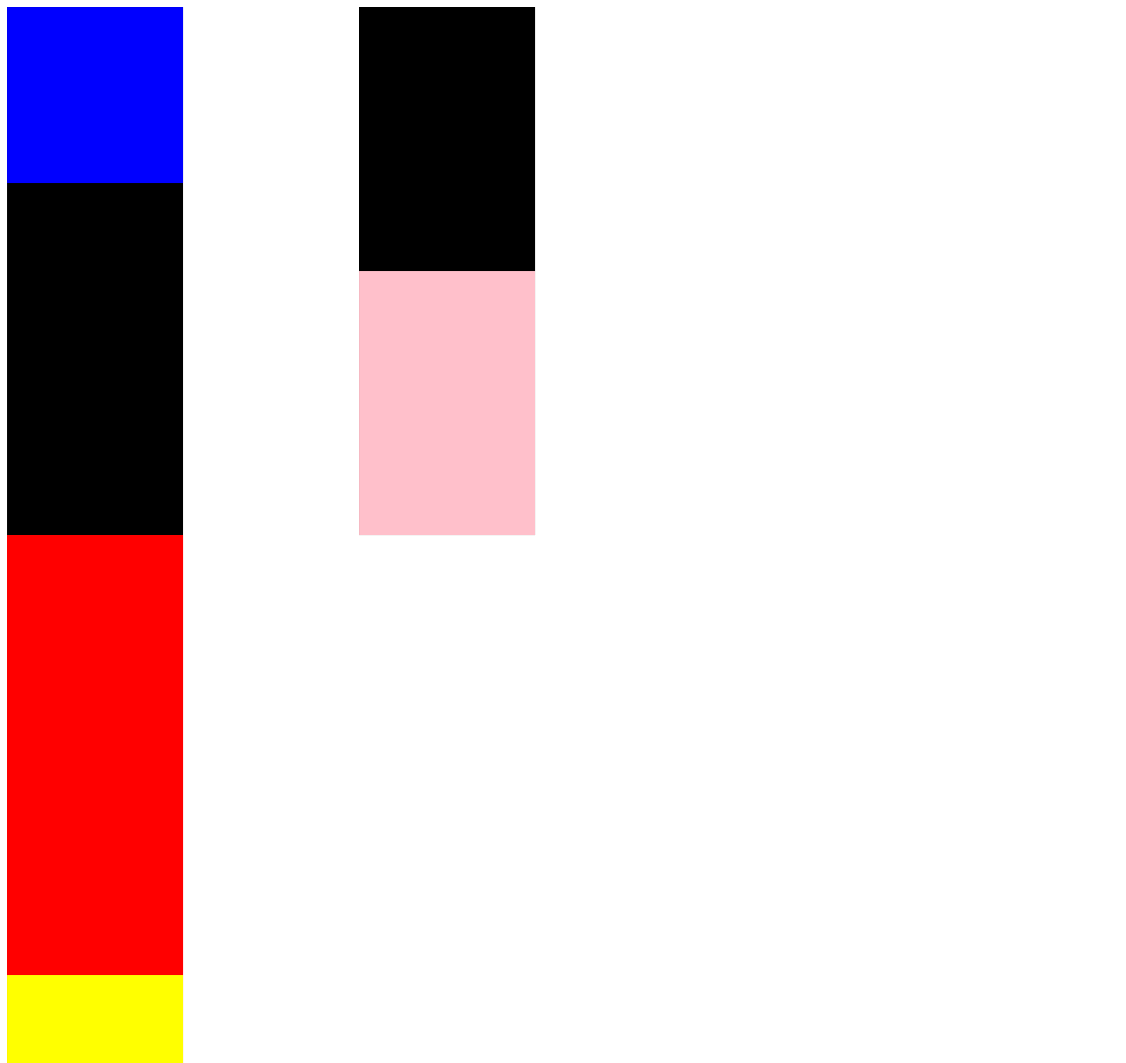
Repository: Seokho96/CSSPractice
Page: css/work01/WebContent/index01.html
The author's editor kept a copy of each file at every save. The page is drawn from the files as they stood at one save, then again after the next save.
The browser window is 1280 px wide. The pictures show the whole page, at 88% of full size.

Above is the page before, as saved 2020-07-13 06:57:08.

### css/work01/WebContent/index01.html
<!DOCTYPE html>
<html>
<head>
<meta charset="UTF-8">
<title>Insert title here</title>

<style type="text/css">

#fullscreen{
   width: 600px;
   height: 600px;
}
#right{
   width: 200px;
   height: 600px;
   background-color: black;
   float: right;
}
#righttop{
    width: 200px;
   height: 300px;
   background-color: black;
   float: right;
}
#rightdown{
     width:200px;
   height: 300px;
   background-color: pink;
   float: right;
}
#middle{
   width: 200px;
   height: 600px;
   background-color: black;

}
#middletop{
  width: 200px;
  height: 200px;
  background-color: blue;
}

#left{
   width: 200px;
   height: 600px;
   background-color: red;

}
#lefttop{
   width: 200px;
   height: 500px;
   background-color: red;

}
#leftdown{
    width: 200px;
   height: 100px;
   background-color: yellow;

}


</style>
</head>
<body>

<div id="fullscreen">
<div id="right">
<div id="righttop">
</div>
<div id="rightdown">
</div>
</div>
<div id="middle">
<div id="middletop"></div>
<div id="middledown"></div>
</div>
<div id="left">
<div id="lefttop">
</div>
<div id="leftdown">
</div>
</div>

</div>

</body>
</html>

After the next save:
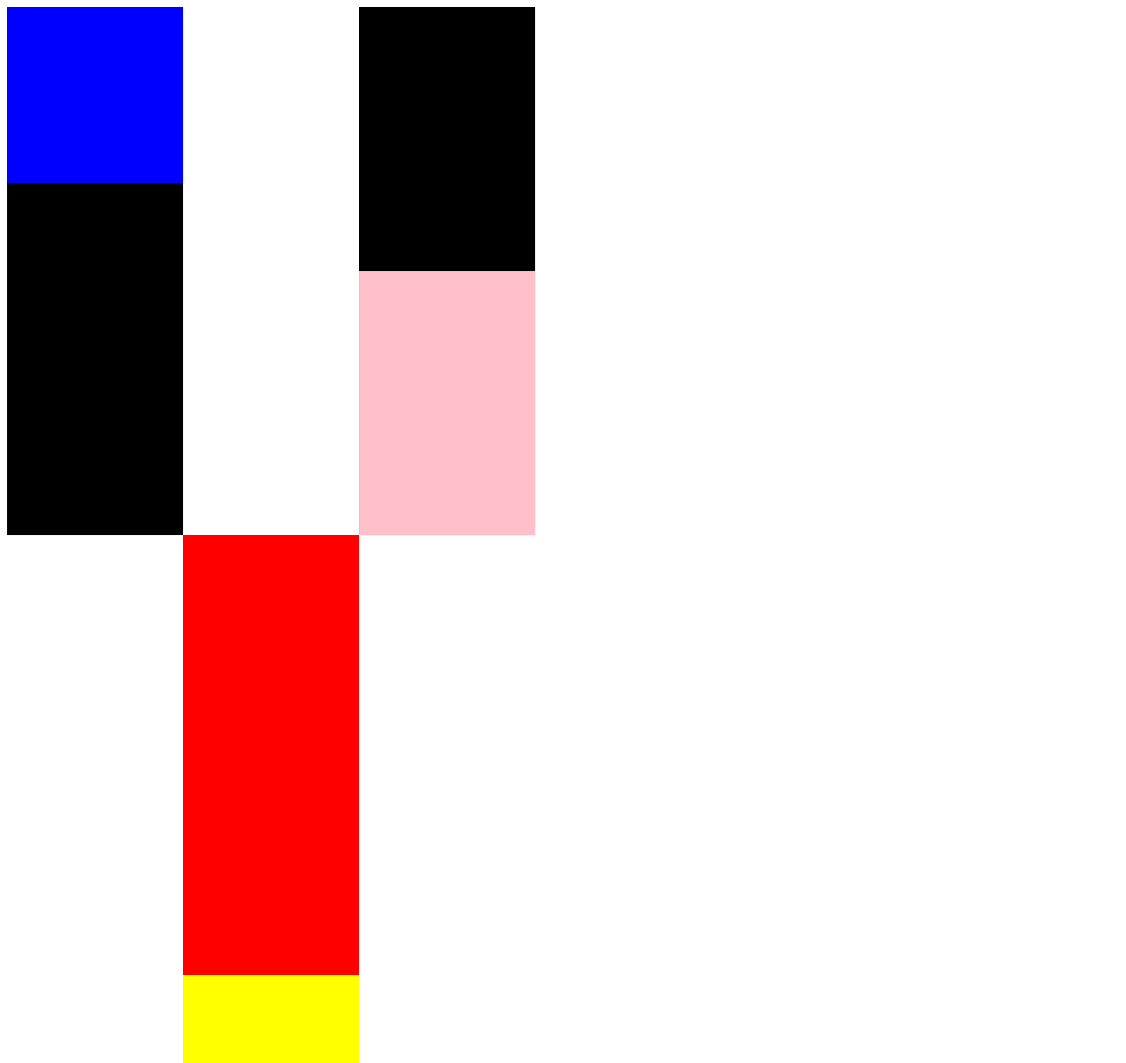
Saved 29 s later.
--- a/css/work01/WebContent/index01.html
+++ b/css/work01/WebContent/index01.html
@@ -44,7 +44,7 @@
    width: 200px;
    height: 600px;
    background-color: red;
-
+   margin-left: 200px;
 }
 #lefttop{
    width: 200px;

After the save that followed:
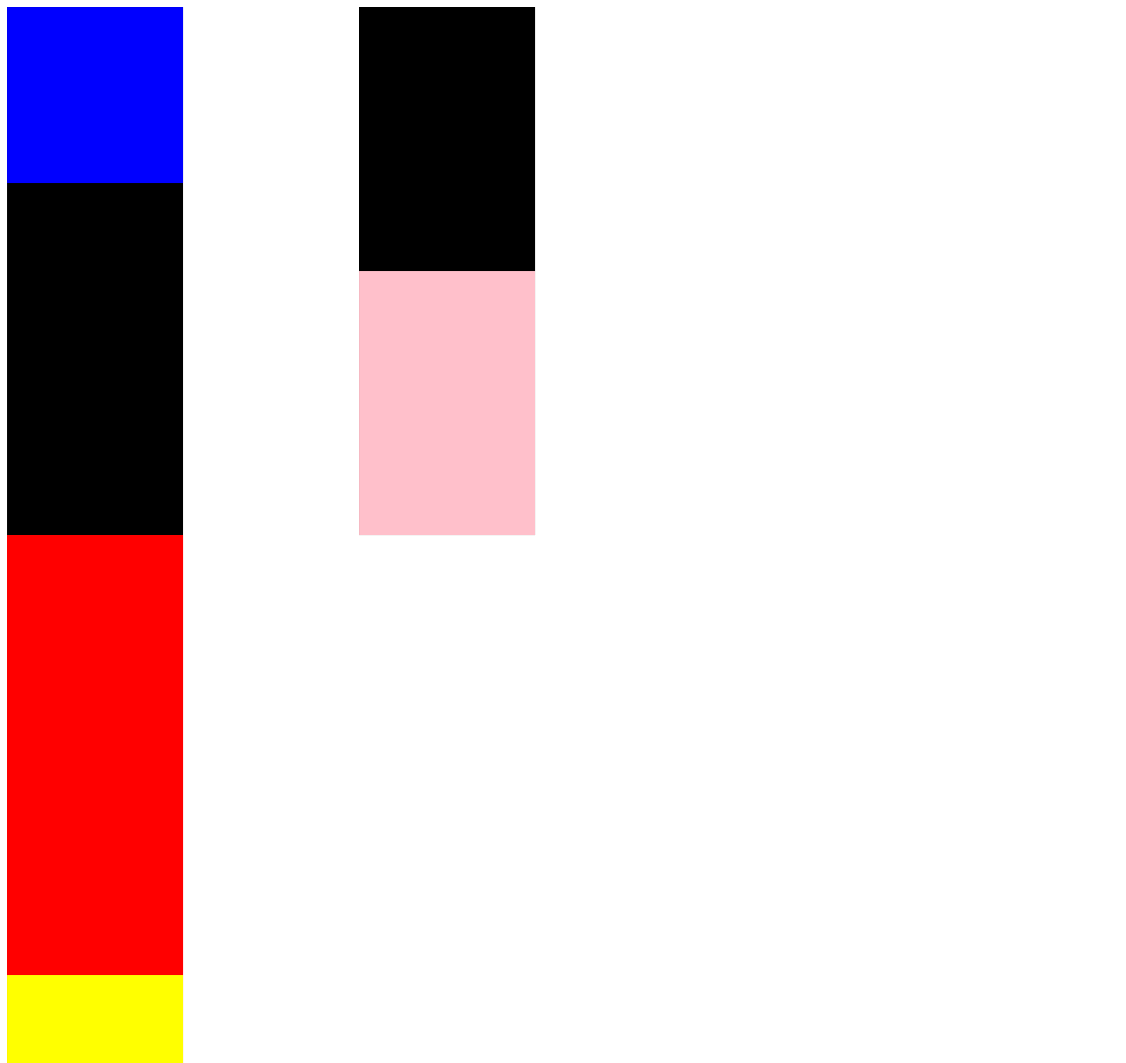
Saved 34 s later.
--- a/css/work01/WebContent/index01.html
+++ b/css/work01/WebContent/index01.html
@@ -44,7 +44,7 @@
    width: 200px;
    height: 600px;
    background-color: red;
-   margin-left: 200px;
+   margin-right: 200px;
 }
 #lefttop{
    width: 200px;
